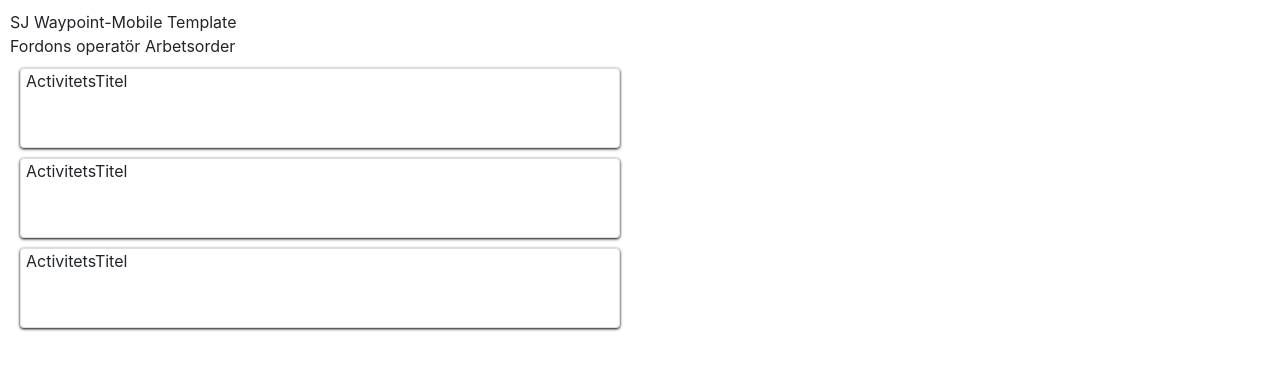
Repository: AdrianaLarsson/yarn-next-typescript
Page: /
The author's editor kept a copy of each file at every save. The page is drawn from the files as they stood at one save, then again after a run of saves.
The browser window is 1280 px wide. The pictures show the whole page.
The project was rebuilt for these pictures with package versions that can differ from the ones it lists, and the page was loaded fresh each time. The framework's server and built-in components were replaced by stand-ins that run in the browser.

Above is the page before, as saved 2021-02-28 11:44:17.

### pages/_app.tsx
// Functionality
import type { AppProps } from 'next/app';
import Head from 'next/head';

// Styling
import 'bootstrap/dist/css/bootstrap.min.css';
import GlobalStyle from '../styles/Globals';
import { sjTheme } from '../styles/Theme';
import { ThemeProvider } from 'styled-components';

// Utils
import GlobalContext from '../components/particles/GlobalContext';

function MyApp({ Component, pageProps }: AppProps): JSX.Element {
  return (
    <>
      <Head>
        <title>SJ Template uhdiuasuasuash</title>
        <meta
          name="viewport"
          content="initial-scale=1.0, width=device-width"
          key="viewport"
        />
        <link rel="favicon" href="/favicon.ico" />
      </Head>
      <GlobalStyle />
      <ThemeProvider theme={sjTheme}>
        <GlobalContext.Provider value={'Context test value'}>
          <Component {...pageProps} />
        </GlobalContext.Provider>
      </ThemeProvider>
    </>
  );
}

export default MyApp;

### pages/index.tsx
// Functionality
import { GetServerSideProps, GetServerSidePropsContext } from 'next';
import VehicleOpreator from '../components/WorkOrderVehicleOperator/vehicleopreator';
import GlobalStyle from '../styles/Globals'
interface serverSideProps {
  dummyPropsValue: string;
}

const Index = (props: serverSideProps): JSX.Element => {
  return (
    <div>
      <main>
        <div>SJ Waypoint-Mobile Template</div>
        <VehicleOpreator/>
        <div>
        </div>
      </main>
    </div>
  );
};

export const getServerSideProps: GetServerSideProps = async (
  context: GetServerSidePropsContext
) => {
  return {
    props: {
      dummyPropsValue: context.resolvedUrl
    }
  };
};

export default Index;

### styles/Globals.ts
import { createGlobalStyle } from 'styled-components';

export default createGlobalStyle`
    body,
    container {
      padding: 10px;
      display: center;
      flex-direction: column;
      align-items: center;
    },
    html {
        padding: 0;
        margin: 0;
        font-family: "-apple-system", "BlinkMacSystemFont", "Segoe UI", "Roboto",
            "Oxygen", "Ubuntu", "Cantarell", "Fira Sans", "Droid Sans", "Helvetica Neue",
            "sans-serif";
        height: 1px;
        margin: auto;
    }
    a {
        color: inherit;
        text-decoration: none;
    }
    * {
        -webkit-box-sizing: border-box;
        box-sizing: border-box;
    }
`;

### styles/Theme.ts
import { DefaultTheme } from 'styled-components';

const sjTheme: DefaultTheme = {
  colors: {
    main: 'black',
    secondary: 'gray'
  }
};

export { sjTheme };

### components/particles/GlobalContext.tsx
import { createContext } from 'react';

const GlobalContext = createContext(null);

export default GlobalContext;

### components/WorkOrderVehicleOperator/vehicleopreator.tsx
import React from 'react'
import StyledCard from '../organisms/Card/Card'

function vehicleOpreator() {
    return (
        <div>
            Fordons operatör Arbetsorder
         <StyledCard>
             ActivitetsTitel
         </StyledCard>
         <StyledCard>
             ActivitetsTitel
         </StyledCard>
         <StyledCard>
             ActivitetsTitel
         </StyledCard>
        </div>
    )
}

export default vehicleOpreator

### components/organisms/Card/Card.tsx
//Components
import Card from 'react-bootstrap/Card';
//Packages
import styled from 'styled-components/'
import px2vw from '../../../styles/px2vw';

const StyledCard = styled(Card)`
display: flex;
width: ${px2vw(150, 320)};
height: 5em;
margin: 10px;
padding-left: 5px;
background-color: rgba(0,0,0,0.0);
box-shadow: 0 1px 3px 0 rgba(0,0,0, 1.5);
border-radius: 4px;
`;
export default StyledCard;

Loaded but not shown: styles/px2vw.tsx (common file)

After the next 10 saves:
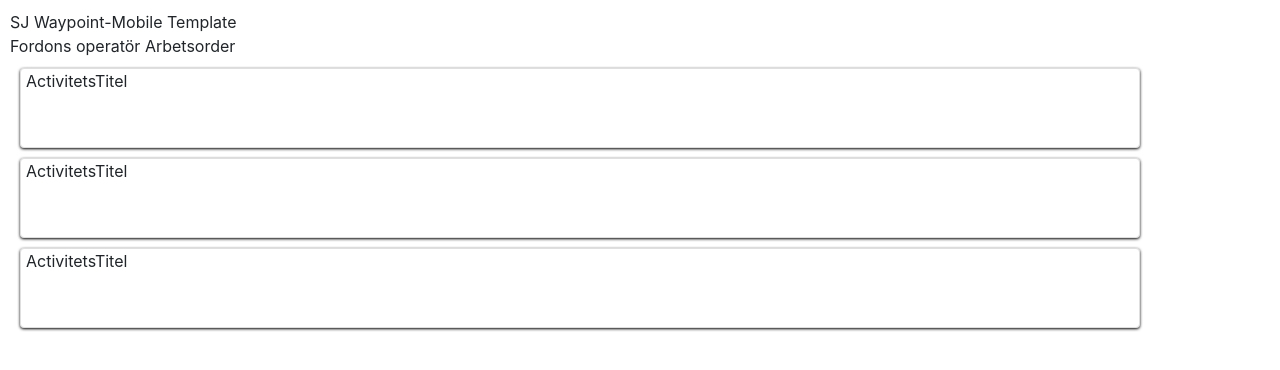
The 10 saves are shown as one change because they came seconds apart.
The last was saved 40 s later.
--- a/components/organisms/Card/Card.tsx
+++ b/components/organisms/Card/Card.tsx
@@ -6,7 +6,7 @@ import px2vw from '../../../styles/px2vw';
 
 const StyledCard = styled(Card)`
 display: flex;
-width: ${px2vw(150, 320)};
+width: ${px2vw(280, 320)};
 height: 5em;
 margin: 10px;
 padding-left: 5px;
